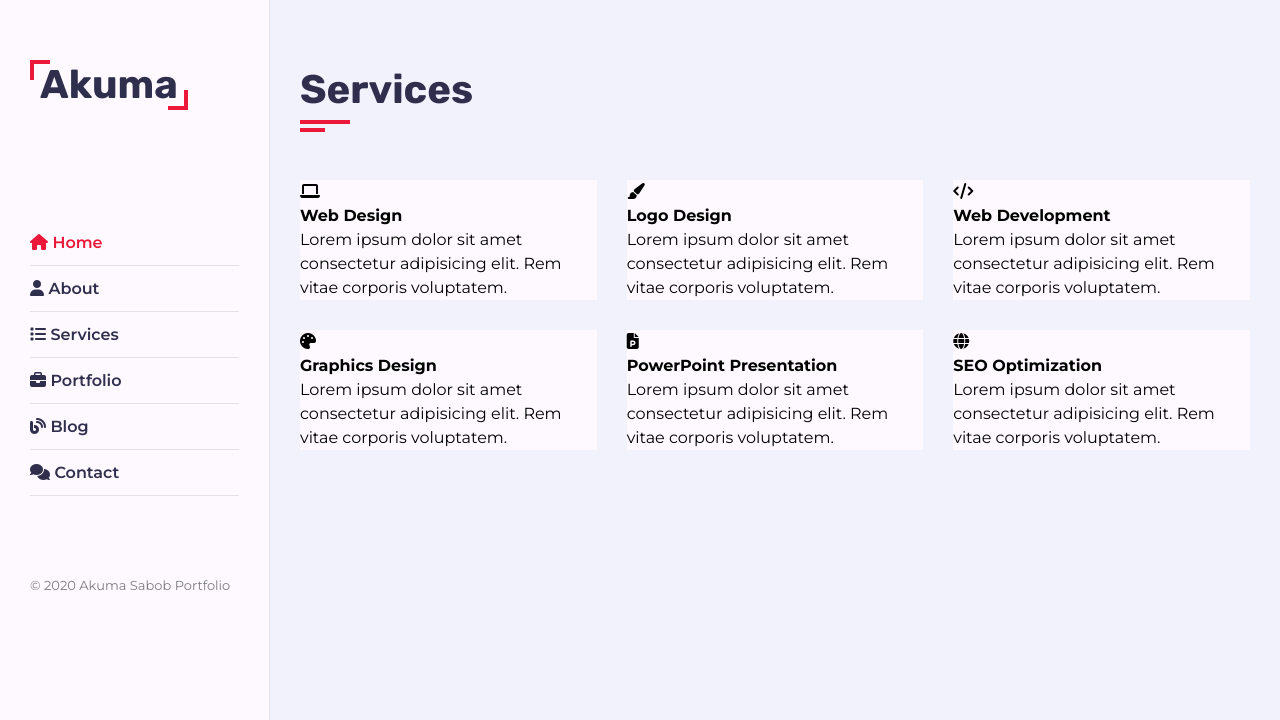
Repository: Akuma001/MY-Portfolio
Page: index.html
An editor plug-in stored every save of this project. The page is shown before and after the next save, followed by the edit.
The browser window is 1280 px wide. The pictures show the whole page.
Some web libraries are served in a nearby version.

Above is the page before, as saved 2020-12-14 13:07:34.

### index.html
<!DOCTYPE html>
<html lang="en">
<head>
  <title>Akuma Sabob</title>
  <meta charset="utf-8">
  <meta name="viewport" content="width=device-width, initial-scale=1">
   <!-- Template css Files -->
	<link rel="stylesheet" href="./css/style.css" type="text/css">
  <link rel="stylesheet" href="./css/skins/pink.css" type="text/css">
  <!-------Favcon icon-------->
  <link href="./images/favicon.ico" rel="icon" type="image/x-icon" />
  <!------------Font-Awesome---------------->
  <script src="https://kit.fontawesome.com/bd6f97032f.js" crossorigin="anonymous"></script>
</head>
<body>
<!-----------Main------------->
<div class="main-container">
<!-----------Side------------->
  <div class="aside">
    <div class="logo">
      <a href="#">Akuma</a>
    </div>

     <!----------Nav toggler---------->
     <div class="nav-toggler">
       <span></span>
     </div>
     <!----------Nav toggler---------->

    <!----------Nav Bar---------->
    <ul class="nav">
      <li><a href="#" class="active"><i class="fa fa-home"></i> Home</a></li>
      <li><a href="#"><i class="fa fa-user"></i> About</a></li>
      <li><a href="#"><i class="fa fa-list"></i> Services</a></li>
      <li><a href="#"><i class="fa fa-briefcase"></i> Portfolio</a></li>
      <li><a href="#"><i class="fas fa-blog"></i> Blog</a></li>
      <li><a href="#"><i class="fa fa-comments"></i> Contact</a></li>
    </ul>
    <div class="copyright-text">
      &copy; 2020 Akuma Sabob Portfolio
    </div>

  </div>
<!-----------Side End------------->

<!-----------Main content------------->
  <div class="main-content">

    <section class="home section hidden">
      <div class="container">
        <div class="intro">
          <img src="./images/profile.jpg" alt="Profile" class="shadow-dark">
          <h1>Akuma Sabob</h1>
          <p>I'm a web-developer <br> I'm graphics designer</p>
          <div class="social-link">
            <a href="#"><i class="fa fa-twitter"></i></a>
            <a href="#"><i class="fa fa-instagram"></i></a>
            <a href="#"><i class="fa fa-linkedin"></i></a>
            <a href="#"><i class="fas fa-code-branch"></i></a>
          </div>
        </div>
      </div>
    </section>

    <!-----------About------------->

      <section class="about section hidden">
        <div class="container">
          <div class="row">
            <div class="section-title padd-15">
              <h2>About Me</h2>
            </div>
          </div>
          <div class="row">
            <div class="about-content padd-15">
              <div class="row">
                <div class="about-text padd-15">
                  <h3>I'm Akuma Sabob <span> CEO Vador </span></h3>
                  <p>A graduate of Microbiology from Abia State University with a huge
                    passion for web development and graphics design. I consistently aim
                    to enhance efficiency and productivity using self-acquired soft and
                    hard skills to contribute to any organization's objectives as well as its
                    short term and long term goals and learn from the integrated work
                    environment processes</p>
                </div>
              </div>
              <div class="row">
                <div class="personal-info padd-15">
                  <div class="row">
                    <div class="info-item padd-15">
                      <p>Nationality: <span>Nigeria</span></p>
                    </div>
                    <div class="info-item padd-15">
                      <p>Website: <span>www.vador.com</span></p>
                    </div>
                    <div class="info-item padd-15">
                      <p>Email: <span>ndukwegodswill@gmail.com</span></p>
                    </div>
                    <div class="info-item padd-15">
                      <p>Degree: <span>BSc Microbiology</span></p>
                    </div>
                    <div class="info-item padd-15">
                      <p>Phone: <span>+234-8038700307</span></p>
                    </div>
                    <div class="info-item padd-15">
                      <p>City: <span>Lagos</span></p>
                    </div>
                    <div class="info-item padd-15">
                      <p>Freelance: <span>Available</span></p>
                    </div>
                  </div>
                  <div class="row">
                    <div class="buttons padd-15">
                      <a href="#" class="btn">Download CV</a>
                      <a href="#" class="btn">Hire Me</a>
                    </div>
                  </div>
                </div>
                <div class="skills padd-15">
                  <div class="row">
                    <div class="skill-item padd-15">
                      <h5>Javascript</h5>
                      <div class="progress">
                        <div class="progress-in" style="width: 76%;"></div>
                        <div class="skill-percent">76%</div>
                      </div>
                    </div>
                    <div class="skill-item padd-15">
                      <h5>Bootstrap</h5>
                      <div class="progress">
                        <div class="progress-in" style="width: 80%;"></div>
                        <div class="skill-percent">80%</div>
                      </div>
                    </div>
                    <div class="skill-item padd-15">
                      <h5>Wordpress</h5>
                      <div class="progress">
                        <div class="progress-in" style="width: 78%;"></div>
                        <div class="skill-percent">78%</div>
                      </div>
                    </div>
                    <div class="skill-item padd-15">
                      <h5>Javascript</h5>
                      <div class="progress">
                        <div class="progress-in" style="width: 76%;"></div>
                        <div class="skill-percent">76%</div>
                      </div>
                    </div>
                  </div>
                </div>
              </div>

              <div class="row">
                <div class="education padd-15">
                  <h3 class="title">Education</h3>
                  <div class="row">
                    <div class="timeline-box padd-15">
                    <div class="timeline shadow-dark">
                      <!-----------Timeline item------------->
                      <div class="timeline-item">
                        <div class="circle-dot"></div>
                          <h6 class="timeline-date">
                            <i class="far fa-calendar-alt"></i>2014 - 2018
                          </h6>
                          <h4 class="timeline-title">Bachelor of Science(BSc) Microbiology</h4>
                          <p class="timeline-text">
                            Carried out and Presented (Using Microsoft PowerPoint) an undergraduate research on
                            the microbial contamination on Mobile Phones <br>Participated and organized class tutorials
                            amongst peers in core and elective courses such as Biotechnology, Parasitology amongst others
                          </p>
                        </div>
                         <!-----------Timeline item End------------->
                         <!-----------Timeline item------------->
                      <div class="timeline-item">
                        <div class="circle-dot"></div>
                          <h6 class="timeline-date">
                            <i class="far fa-calendar-alt"></i>2009 - 2012
                          </h6>
                          <h4 class="timeline-title">Senior Secondary School Certificate (SSCE), Lagos City College, Lagos</h4>
                          <p class="timeline-text">
                            Participated in school academic and extra-curricular activities as a member of the school’s
                            sport team and well as a participant in inter House sports activities
                          </p>
                        </div>
                         <!-----------Timeline item End------------->
                      </div>
                    </div>
                  </div>
                </div>
                <div class="experience padd-15">
                    <h3 class="title">Experience</h3>
                    <div class="row">
                      <div class="timeline-box padd-15">
                      <div class="timeline shadow-dark">
                        <!-----------Timeline item------------->
                        <div class="timeline-item">
                          <div class="circle-dot"></div>
                            <h6 class="timeline-date">
                              <i class="far fa-calendar-alt"></i>2018 - Present
                            </h6>
                            <h4 class="timeline-title">Freelance graphics Designs/Frontend Web Developer</h4>
                            <p class="timeline-text">
                              Develop brand websites as well as design appropriate layouts for customer
                              attraction and usability. <br>
                              <br> websites for bugs and necessary routine maintenance ensuring
                              smooth usage for all customers . <br><br>
                              Create Logos, E-flyers, Banners and Magazines for clients<br><br>
                              Collaborate with the brands in coming up with appropriate and user friendly
                              layouts for easy navigation of the website by customers.
                            </p>
                          </div>
                           <!-----------Timeline item End------------->
                           <!-----------Timeline item------------->
                        <div class="timeline-item">
                          <div class="circle-dot"></div>
                            <h6 class="timeline-date">
                              <i class="far fa-calendar-alt"></i>2019 - 2020
                            </h6>
                            <h4 class="timeline-title">Nigeria Christian Corpers' Fellowship (NCCF)
                              Publicity Secretary</h4>
                            <p class="timeline-text">
                              Developed the state website for increased publicity and easy information
                              dissemination amongst all the state chapters in Nigeria <br><br>
                              Led the publicity team on the dissemination of information during all public
                              excursion exercises and Events.<br><br>
                              Designed the Yearly State magazine.
                            </p>
                          </div>
                           <!-----------Timeline item End------------->
                           <!-----------Timeline item------------->
                        <div class="timeline-item">
                          <div class="circle-dot"></div>
                            <h6 class="timeline-date">
                              <i class="far fa-calendar-alt"></i>2018 - 2019
                            </h6>
                            <h4 class="timeline-title">Production Manager</h4>
                            <p class="timeline-text">
                              Carried out theoretical analysis on water before necessary production is carried
                              out to ensure product quality and uniformity <br><br>
                              Collaborated with the administrative unit of the organization to ensure smooth
                              running of all unit logistics <br><br>
                              Supervised the daily production of products exceeding daily expectations and ensuring
                              proper packaging of all produced goods
                            </p>
                          </div>
                           <!-----------Timeline item End------------->
                        </div>
                      </div>
                    </div>
                </div>
              </div>

            </div>
          </div>
        </div>
      </section>
    <!-----------About End------------->


    <!-------------Service Section------------->
      <section class="service section">
        <div class="container">
          <div class="row">
            <div class="section-title padd-15">
              <h2>Services</h2>
            </div>
          </div>
          <div class="row">
            <!---------------Service-item----------------->
            <div class="service-item padd-15">
              <div class="service-item-inner">
                <div class="icon"><i class="fas fa-laptop"></i></div>
                <h4>Web Design</h4>
                <p>Lorem ipsum dolor sit amet consectetur adipisicing elit. Rem vitae corporis voluptatem.</p>
              </div>
            </div>
            <!---------------Service-item----------------->
             <!---------------Service-item----------------->
             <div class="service-item padd-15">
              <div class="service-item-inner">
                <div class="icon"><i class="fas fa-paint-brush"></i></div>
                <h4>Logo Design</h4>
                <p>Lorem ipsum dolor sit amet consectetur adipisicing elit. Rem vitae corporis voluptatem.</p>
              </div>
            </div>
            <!---------------Service-item----------------->
             <!---------------Service-item----------------->
             <div class="service-item padd-15">
              <div class="service-item-inner">
                <div class="icon"><i class="fas fa-code"></i></div>
                <h4>Web Development</h4>
                <p>Lorem ipsum dolor sit amet consectetur adipisicing elit. Rem vitae corporis voluptatem.</p>
              </div>
            </div>
            <!---------------Service-item----------------->
             <!---------------Service-item----------------->
             <div class="service-item padd-15">
              <div class="service-item-inner">
                <div class="icon"><i class="fas fa-palette"></i></div>
                <h4>Graphics Design</h4>
                <p>Lorem ipsum dolor sit amet consectetur adipisicing elit. Rem vitae corporis voluptatem.</p>
              </div>
            </div>
            <!---------------Service-item----------------->
             <!---------------Service-item----------------->
             <div class="service-item padd-15">
              <div class="service-item-inner">
                <div class="icon"><i class="fas fa-file-powerpoint"></i></div>
                <h4>PowerPoint Presentation</h4>
                <p>Lorem ipsum dolor sit amet consectetur adipisicing elit. Rem vitae corporis voluptatem.</p>
              </div>
            </div>
            <!---------------Service-item----------------->
             <!---------------Service-item----------------->
             <div class="service-item padd-15">
              <div class="service-item-inner">
                <div class="icon"><i class="fas fa-globe"></i></div>
                <h4>SEO Optimization</h4>
                <p>Lorem ipsum dolor sit amet consectetur adipisicing elit. Rem vitae corporis voluptatem.</p>
              </div>
            </div>
            <!---------------Service-item----------------->
          </div>
        </div>
      </section>



    <!-------------Service Section End------------->
  </div>
<!-----------Main content End------------->
</div>
<!-----------Main------------->
</body>
</html>

### css/style.css

 /*Font Awesome Free Icon*/
 @import url("https://stackpath.bootstrapcdn.com/font-awesome/4.7.0/css/font-awesome.min.css");
 /*Google fonts*/
 @import url('https://fonts.googleapis.com/css?family=Montserrat:400,500,600,700&display=swap');
 @import url('https://fonts.googleapis.com/css?family=Rubik:500,700,900&display=swap');


body{
    margin: 0;
    line-height: 1.5;
    font-size: 16px;
    font-family: 'Montserrat', sans-serif;
    font-weight: 400;
}
*{
    margin: 0;
    padding: 0;
    outline: none;
    text-decoration: none;
    box-sizing: border-box;
}
::before, ::after{
    box-sizing: border-box;
}

.section{
    background-color: #f2f2fc;
    min-height: 100vh;
    display: block;
    padding: 0 30px;
}
.section .container{
    padding-top: 60px;
    padding-bottom: 70px;
}
.section-title{
    -ms-flex: 0 0 100%;
    flex: 0 0 100%;
    max-width: 100%;
    margin-bottom: 60px;
}
.section-title h2{
    font-size: 40px;
    color: #302e4d;
    font-family: 'Rubik', sans-serif;
    font-weight: 700;
    margin: 0;
    position: relative;
}
.section-title h2::before{
    content: '';
    height: 4px;
    width: 50px;
    position: absolute;
    top: 100%;
    left: 0;
}
.section-title h2::after{
    content: '';
    height: 4px;
    width: 25px;
    position: absolute;
    top: 100%;
    left: 0;
    margin-top: 8px;
}
.row{
    display: -ms-flexbox;
    display: flex;
    -ms-flex-wrap: wrap;
    flex-wrap: wrap;
    margin-right: -15px;
    margin-left: -15px;
    position: relative;
}
.padd-15{
    padding-left: 15px;
    padding-right: 15px;
}
.main-content{
    padding-left: 270px;
}

.container{
    max-width: 1100px;
    width: 100%;
    margin: auto;
}
.shadow-dark{
    -webkit-box-shadow: 0 0 20px rgba(48, 46, 77, 0.15);
    box-shadow: 0 0 20px rgba(48, 46, 77, 0.15);
}
.btn{
    font-size: 16px;
    font-family: 'Rubik', sans-serif;
    font-weight: 500;
    padding: 12px 35px;
    color: #ffffff;
    border-radius: 40px;
    -webkit-transition: all 0.3s ease;
    transition: all 0.3s ease;
    display: inline-block;
    white-space: nowrap;
}
.btn:hover{
    -webkit-transform: scale(1.05);
    transform: scale(1.05);
}
.hidden{
    display: none !important;
}

 /*    aside  */
 .aside{
     width: 270px;
     background-color: #fdf9ff;
     position: fixed;
     height: 100%;
     left: 0;
     top: 0;
     z-index: 10;
     border-right: 1px solid #e8dfec;
     padding: 30px;
 }


 .aside .logo{
    padding: 30px 0;
 }
 .aside .logo a{
     font-size: 40px;
     color: #302e4d;
     font-family: 'Rubik', sans-serif;
     font-weight: 700;
     text-decoration: none;
     display: inline-block;
     position: relative;
     padding: 0 10px;
     line-height: 50px;
 }
 .aside .logo a::before{
     content: '';
     height: 20px;
     width: 20px;
     position: absolute;
     top: 0;
     left: 0;
 }
 .aside .logo a::after{
    content: '';
    height: 20px;
    width: 20px;
    position: absolute;
    bottom: 0;
    right: 0;
 }
 .aside .nav-toggler{
     height: 40px;
     width: 45px;
     border: 1px solid #d4d4e3;
     cursor: pointer;
     position: fixed;
     left: 300px;
     top: 30px;
     z-index: 11;
     border-radius: 5px;
     background-color: #fdf9ff;
     /*
     display: -ms-flexbox;
     display: flex;
     */
     display: none;
     -ms-flex-align: center;
     align-items: center;
     -ms-flex-pack: center;
     justify-content: center;
 }
 .aside .nav-toggler span{
    height: 2px;
    width: 18px;
    display: inline-block;
    position: relative;
 }
 .aside .nav-toggler span::before{
     content: '';
     height: 2px;
     width: 18px;
     position: absolute;
     top: -6px;
     left: 0;
 }
 .aside .nav-toggler span::after{
    content: '';
    height: 2px;
    width: 18px;
    position: absolute;
    top: 6px;
    left: 0;
}
 .aside .nav{
    list-style: none;
     margin: 80px 0;
     padding: 0;
 }
 .aside .nav li{
     display: block;
 }
 .aside .nav li a{
     font-size: 16px;
     font-weight: 600;
     color: #302e4d;
     text-decoration: none;
     line-height: 45px;
     display: block;
     border-bottom: 1px solid #e8dfec;
     -webkit-transition: all 0.3s ease;
     transition: all 0.3s ease;
     text-transform: capitalize;
 }
 .aside .nav li a:not(.active):hover{
     padding-left: 5px;
 }
 .aside .nav li a fa{
     margin-right: 5px;
 }
 .aside .copyright-text{
    font-size: 13px;
    color: #7d7d7d;
 }

 /*    Home      */

 .home{
     min-height: 100vh;
     display: -ms-flexbox;
     display: flex;
 }

 .home .intro{
     text-align: center;
 }

 .home .intro img{
     height: 200px;
     width: 200px;
     border-radius: 50%;
     display: inline-block;
     border: 8px solid #ffffff;
 }

 .home .intro h1{
     font-size: 30px;
     color: #302e4d;
     font-family: 'Rubik', sans-serif;
     font-weight: 700;
     margin: 20px 0 5px;
 }
 .home .intro p{
     font-size: 16px;
     font-weight: 500;
     margin: 0%;
     line-height: 22px;
     color: #504e70;
 }

 .home .intro .social-link{
     margin-top: 25px;
 }

 .home .intro .social-link a{
     height: 35px;
     width: 35px;
     display: inline-block;
     text-align: center;
     line-height: 35px;
     color: #ffffff;
     margin: 0 4px;
     border-radius: 50%;
     text-decoration: none;
     -webkit-transition: all 0.3s ease;
     transition: all 0.3s ease;
 }

 .home .intro .social-link a:hover{
    -webkit-transform: scale(1.1);
    transform: scale(1.1);
 }


 /*      About Section     */

.about .about-content{
    -ms-flex: 0 0 100%;
    flex: 0 0 100%;
    max-width: 100%;
}
.about .about-content .about-text{
    -ms-flex: 0 0 100%;
    flex: 0 0 100%;
    max-width: 100%;
}
.about .about-content .about-text h3{
    font-size: 24px;
    margin-bottom: 15px;
    font-weight: 700;
    color: #302e4d;
}
.about .about-content .about-text p{
    font-size: 16px;
    line-height: 25px;
    color: #504e70;
    margin: 0;
}

.about .about-content .personal-info{
    /* background-color: red; */
    -ms-flex: 0 0 60%;
    flex: 0 0 60%;
    max-width: 60%;
    margin-top: 40px;
}
.about .about-content .personal-info .info-item{
    -ms-flex: 0 0 50%;
    flex: 0 0 50%;
    max-width: 50%;
}
.about .about-content .personal-info .info-item p{
    font-weight: 600;
    padding: 10px 0;
    font-size: 16px;
    color: #302e4d;
    margin: 0;
    border-bottom: 1px solid #e8dfec;

}
.about .about-content .personal-info .info-item p span{
    font-weight: 400;
    color: #504e70;
    margin-left: 4px;
    display: inline-block;
}
.about .about-content .personal-info .buttons{
    margin-top: 30px;
}
.about .about-content .personal-info .buttons .btn{
    margin-right: 15px;
    margin-top: 10px;
}
.about .about-content .skills{
    /* background-color: blue; */
    -ms-flex: 0 0 40%;
    flex: 0 0 40%;
    max-width: 40%;
    margin-top: 40px;
}

.about .about-content .skills .skill-item{
    -ms-flex: 0 0 100%;
    flex: 0 0 100%;
    max-width: 100%;
}

.about .about-content .skills .skill-item h5{
    line-height: 40px;
    font-weight: 600;
    font-size: 16px;
    color: #302e4d;
    text-transform: capitalize;
    margin: 0;
}
.about .about-content .skills .skill-item .progress{
    background-color: #e3e3e3;
    height: 7px;
    border-radius: 4px;
    width: 100%;
    position: relative;
}
.about .about-content .skills .skill-item{
    margin-bottom: 30px;
}
.about .about-content .skills .skill-item .progress .progress-in{
    position: absolute;
    left: 0;
    top: 0;
    height: 100%;
    border-radius: 4px;
}
.about .about-content .skills .skill-item .skill-percent{
    /* display: none; */
    line-height: 40px;
    position: absolute;
    right: 0;
    color: #302e4d;
    top: -40px;
    font-weight: 400;
}

.about .about-content .education{
    -ms-flex: 0 0 50%;
    flex: 0 0 50%;
    max-width: 50%;
    margin-top: 30px;
}
.about .about-content .experience{
    -ms-flex: 0 0 50%;
    flex: 0 0 50%;
    max-width: 50%;
    margin-top: 30px;
}

.about .about-content h3.title{
    font-size: 24px;
    margin-bottom: 30px;
    font-weight: 700;
    color: #302e4d;
}

.about .about-content .timeline-box{
    -ms-flex: 0 0 100%;
    flex: 0 0 100%;
    max-width: 100%;
}
.about .about-content .timeline{
    background-color: #fdf9ff;
    padding: 30px 15px;
    border: ipx solid #d4d4e3;
    border-radius: 10px;
    width: 100%;
    position: relative;
}

.about .about-content .timeline .timeline-item{
    position: relative;
    padding-left: 37px;
    padding-bottom: 50px;
}

.about .about-content .timeline .timeline-item:last-child{
    padding-bottom: 0px;
}
.about .about-content .timeline .timeline-item::before{
    content: '';
    width: 1px;
    position: absolute;
    height: 100%;
    left: 7px;
    top: 0;
}
.about .about-content .timeline .circle-dot{
    position: absolute;
    left: 0;
    top: 0;
    height: 15px;
    width: 15px;
    left: 0px;
    border-radius: 50%;
}
.about .about-content .timeline .timeline-date{
   font-size: 14px;
   font-weight: 400;
   margin-top: -5px;
   margin-bottom: 12px;
   color: #504e70;
}
.about .about-content .timeline .timeline-date .far{
    margin-right: 5px;
}
.about .about-content .timeline .timeline-title{
    font-weight: 700;
    font-size: 18px;
    margin-bottom: 15px;
    text-transform: capitalize;
    color: #302e4d;
}
.about .about-content .timeline .timeline-text{
    font-size: 16px;
    line-height: 25px;
    color: #504e70;
    margin: 0;
}

/*        Service section   */

.service .service-item{
    -ms-flex: 0 0 33.33%;
    flex: 0 0 33.33%;
    min-width: 33.33%;
    margin-bottom: 30px;
}
.service .service-item .service-item-inner{
    background-color: #fdf9ff;
}

Loaded but not shown: css/skins/pink.css (28 lines, source omitted)

After the next save:
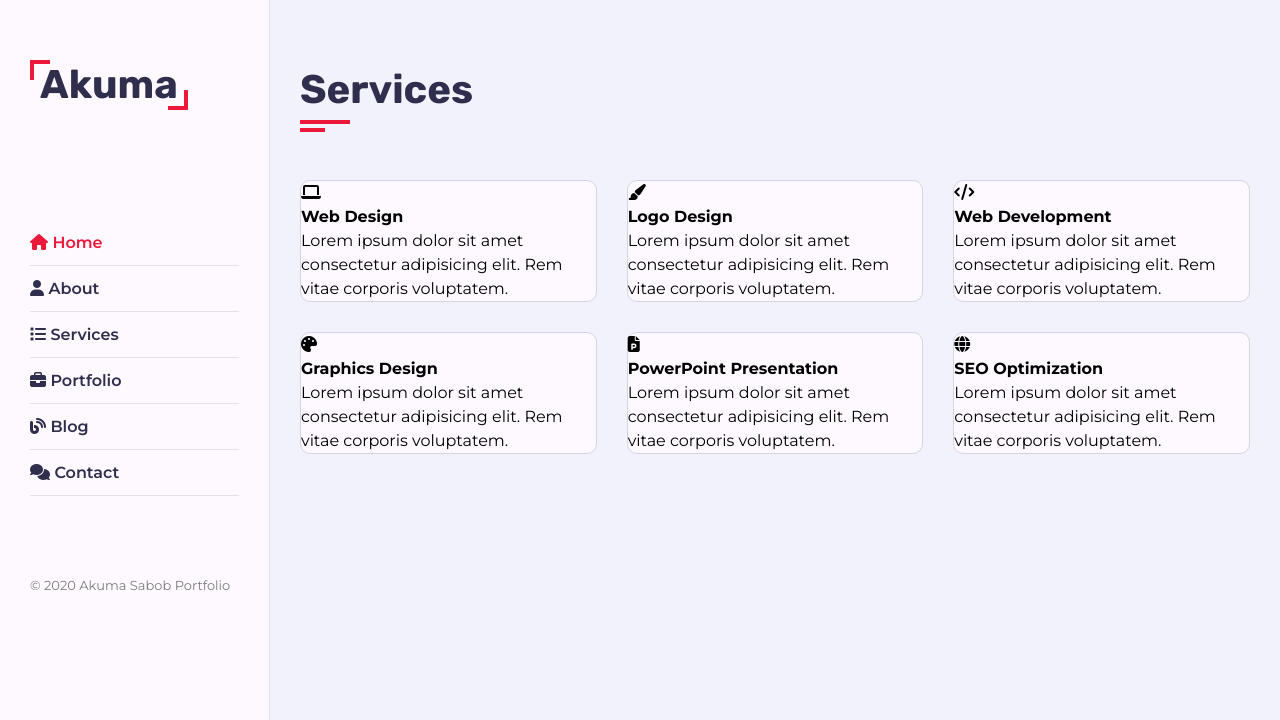
Saved 67 s later.
--- a/css/style.css
+++ b/css/style.css
@@ -490,4 +490,6 @@ body{
 }
 .service .service-item .service-item-inner{
     background-color: #fdf9ff;
-}
+    border: 1px solid #d4d4e3;
+    border-radius: 10px;
+}
